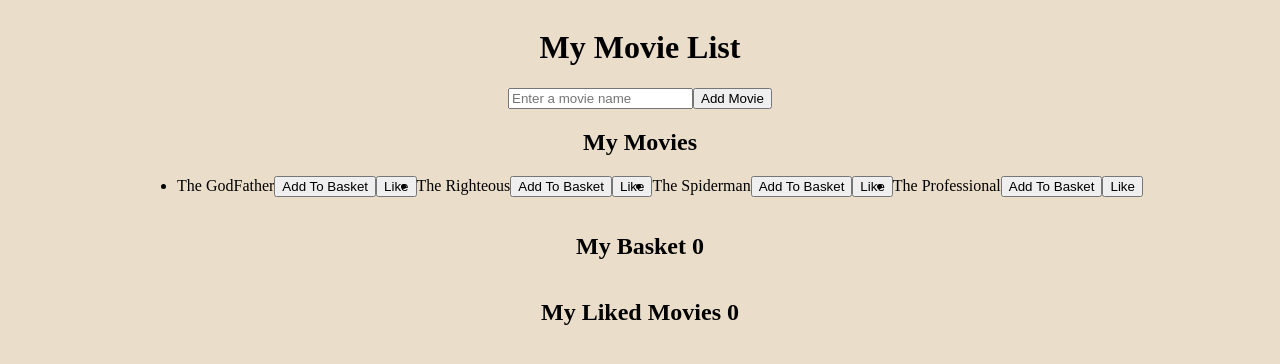
Repository: sinchana-p-iVoyant/redux-movie-store
Page: /
An editor plug-in stored every save of this project. The page is shown before and after a run of saves, followed by the edit.
The browser window is 1280 px wide. The pictures show the whole page.
The project was rebuilt for these pictures with package versions that can differ from the ones it lists, and the page was loaded fresh each time. Also part of the build but not shown: vite.config.ts.

Above is the page before, as saved 2024-02-15 12:11:53.

### index.html
<!doctype html>
<html lang="en">
  <head>
    <meta charset="UTF-8" />
    <link rel="icon" type="image/svg+xml" href="/vite.svg" />
    <meta name="viewport" content="width=device-width, initial-scale=1.0" />
    <title>Redux Movie Store</title>
  </head>
  <body>
    <div id="root"></div>
    <script type="module" src="/src/main.tsx"></script>
  </body>
</html>

### src/main.tsx
import React from 'react'
import ReactDOM from 'react-dom/client'
import App from './App.tsx'
// import './index.css'
import store from './store/index';
import { Provider } from 'react-redux'


ReactDOM.createRoot(document.getElementById('root')!).render(
  <React.StrictMode>
    <Provider store={store}>
      <App />
    </Provider>
  </React.StrictMode>,
)

### src/App.tsx
import { useState } from "react";
// import './App.css'
import { useSelector, useDispatch } from "react-redux";
import {Movie} from './store/index'
import {Card, CardComponent, CardActions, Button, Typography} from '@mui/material'
import { Favorite, FavoriteBorder, AddShoppingCart, RemoveShoppingCart } from "@mui/icons-material";
import './App.css'

const App = () => {
  const [movieTitle, setMovieTitle] = useState("");

  // 🔥 a. To Trigger from UI.
  const dispatch = useDispatch();

  // 🔥 b. To update the UI, based on state updates in the store.

  // movies state (array)
  // const movies = useSelector(state => state.movies)
  // ------> return value: state.movies

  // Note:
  // The function passed to `useSelector` selects a slice of the state that we are interested in.
  // The function parameter specifies the `structure` of the Redux state object.
  // It's `type` annotated in TypeScript to ensure the type safety.
  // specifying the structure of the Redux state object using TypeScript type annotations enhances code quality, readability, and maintainability while providing additional safety checks and tooling support during development.

  const movies = useSelector(
    (state : {
      movies: { title: string; liked: boolean; inBasket: boolean }[];
    }) => state.movies
  );

  // const basket = useSelector((state) => state.basket);
  const basket = useSelector((state: { basket: string[] }) => state.basket);

  // const likedMovies = useSelector((state) => state.likedMovies);
  const likedMovies = useSelector((state: { likedMovies: string[] }) => state.likedMovies);


  // 4. Action Creator
  const handleAddMovie = () => {
    const newMovie = {
      title: movieTitle,
      inBasket: false,
      liked: false
    }
    dispatch({ type: "ADD_MOVIE", payload: newMovie });
    setMovieTitle(""); // Reset back to Empty String
  };

  const handleAddToBasket = (movie: string) => {
    dispatch({ type: "ADD_TO_BASKET", payload: movie });
  };
  const handleAddToLikedMovies = (movie: string) => {
    dispatch({ type: "ADD_TO_LIKED_MOVIE", payload: movie });
  };

  return (
    <div className="container">
      <div>
        <h1>My Movie List</h1>
      </div>
      <div className="add-movie">
        <input
          type="text"
          placeholder="Enter a movie name"
          value={movieTitle}
          onChange={(e) => setMovieTitle(e.target.value)}
        />
        <button onClick={handleAddMovie}>Add Movie</button>
      </div>
      <div>
        <h2>My Movies</h2>
        <ul className="movie-list">
          {movies.map((movie: Movie, index) => (
            <li key={index}>
              {movie.title}
              <button onClick={() => handleAddToBasket(movie.title)}>
                {movie.inBasket ? "Remove From Basket" : "Add To Basket"}
              </button>
              <button onClick={() => handleAddToLikedMovies(movie.title)}>
                {movie.liked ? "Dislike" : "Like"}
              </button>
            </li>
          ))}
        </ul>
      </div>
      <div>
        <h2>My Basket {basket.length}</h2>
        <ul>
          {basket.map((basket, index) => (
            <li key={index}>{basket}</li>
          ))}
        </ul>
      </div>
      <div>
        <h2>My Liked Movies {likedMovies.length}</h2>
        <ul>
          {likedMovies.map((likedMovie, index) => (
            <li key={index}>{likedMovie}</li>
          ))}
        </ul>
      </div>
    </div>
  );
};

export default App;

// 1. Save the new movie in the local state.
// 2. Add the new movie in local state to the Store.
// 3. Fetch the movies array, from the store

// 3. a. To display in - My Basket & My Liked Movies

### src/store/index.tsx
import { createStore } from "redux";

export type Movie = {
    title: string,
    inBasket: boolean,
    liked: boolean
}

export type State = {
    movies: Movie[],
    basket: string[],
    likedMovies: string[]
}

type Action =
  | { type: "ADD_MOVIE"; payload: Movie } |
    { type: 'ADD_TO_BASKET', payload: string } |
    { type: "ADD_TO_LIKED_MOVIE", payload: string };

// InitialState
const initialState: State = {
    movies: [
      {title: 'The GodFather', inBasket: false, liked: false},
      {title: 'The Righteous', inBasket: false, liked: false},
      {title: 'The Spiderman', inBasket: false, liked: false},
      {title: 'The Professional', inBasket: false, liked: false},
    ],
    basket: [],
    likedMovies: []
}

// Reducers - Make Immutable Updates
const reducer = (state: State = initialState, action: Action): State => {
  switch (action.type) {
    case 'ADD_MOVIE':
      return {
        ...state,
        movies: [...state.movies, action.payload]
      }
    case 'ADD_TO_BASKET':
      return {
        ...state,
          movies: state.movies.map(movie => movie.title === action.payload ? {...movie, inBasket: !movie.inBasket } : movie),
        basket: state.basket.includes(action.payload) ? state.basket.filter(movie => movie !== action.payload) : [...state.basket, action.payload]
      }
    case 'ADD_TO_LIKED_MOVIE':
      return {
        ...state,
        movies: state.movies.map(movie => movie.title === action.payload ? {...movie, liked: !movie.liked} : movie) ,
        likedMovies: state.likedMovies.includes(action.payload) ? state.likedMovies.filter(movie => movie !== action.payload) :  [...state.likedMovies, action.payload]
      }
    default:
      return state
  }
}

// Store
const store = createStore(reducer)
export default store

// 1. State
// 2. Reducer
// 3. Store

### src/App.css
body {
  background-color: #EADDCA;
}

h1, h2{
  text-align: center;
}

.container {
  display: flex;
  flex-direction: column;
  align-items: center;
  justify-content: center;
}

.movie-list {
  display: flex;
  flex-wrap: wrap;
  justify-content: center;
}

.movie-card {
  width: 250px;
  margin: 10px;
}

.card-content {
  padding: 16px;
}

.card-actions {
  display: flex;
  justify-content: space-between;
}


















/* #root {
  max-width: 1280px;
  margin: 0 auto;
  padding: 2rem;
  text-align: center;
} */

/*
.logo {
  height: 6em;
  padding: 1.5em;
  will-change: filter;
  transition: filter 300ms;
}
.logo:hover {
  filter: drop-shadow(0 0 2em #646cffaa);
}
.logo.react:hover {
  filter: drop-shadow(0 0 2em #61dafbaa);
}

@keyframes logo-spin {
  from {
    transform: rotate(0deg);
  }
  to {
    transform: rotate(360deg);
  }
}

@media (prefers-reduced-motion: no-preference) {
  a:nth-of-type(2) .logo {
    animation: logo-spin infinite 20s linear;
  }
}

.card {
  padding: 2em;
}

.read-the-docs {
  color: #888;
} */

/* ------------------------- */

After the next 2 saves:
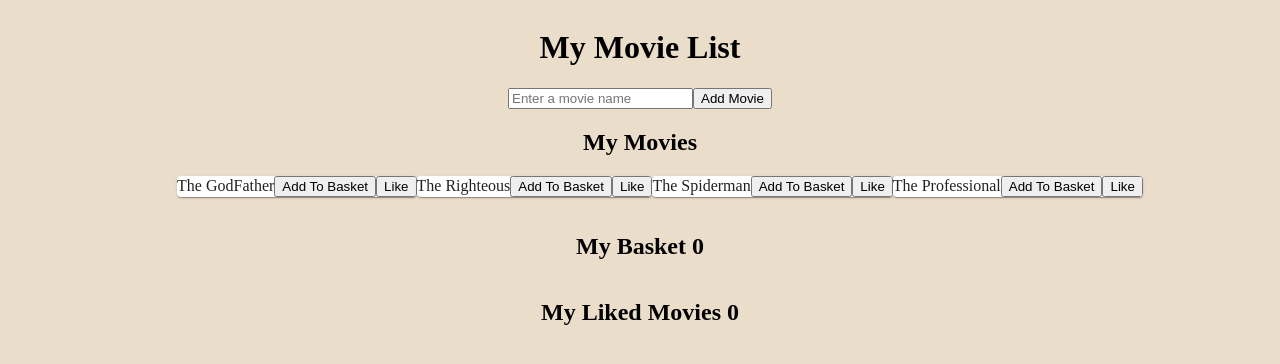
The 2 saves are shown as one change because they came seconds apart.
The last was saved 39 s later.
--- a/src/App.tsx
+++ b/src/App.tsx
@@ -73,7 +73,7 @@ const App = () => {
         <h2>My Movies</h2>
         <ul className="movie-list">
           {movies.map((movie: Movie, index) => (
-            <li key={index}>
+            <Card key={index}>
               {movie.title}
               <button onClick={() => handleAddToBasket(movie.title)}>
                 {movie.inBasket ? "Remove From Basket" : "Add To Basket"}
@@ -81,7 +81,7 @@ const App = () => {
               <button onClick={() => handleAddToLikedMovies(movie.title)}>
                 {movie.liked ? "Dislike" : "Like"}
               </button>
-            </li>
+            </Card>
           ))}
         </ul>
       </div>
